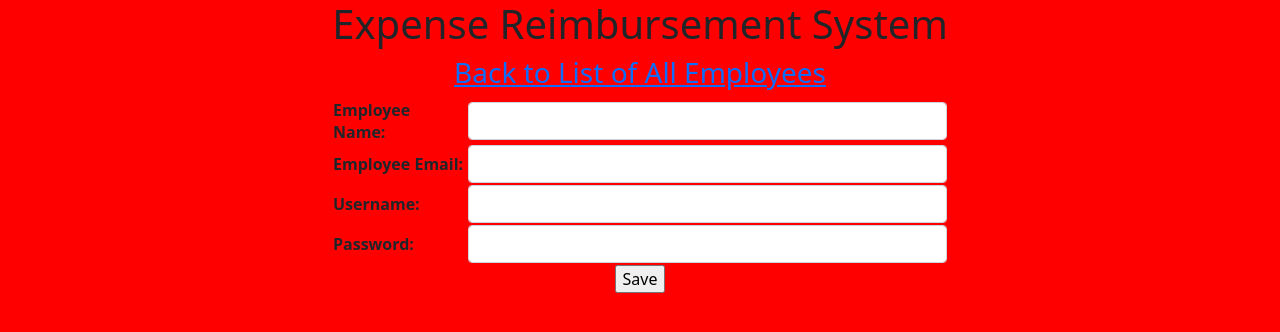
Repository: CCunningham0/project1
Page: http://localhost/reimbursement/employee-form.jsp
An editor plug-in stored every save of this project. The page is shown before and after the next save, followed by the edit.
The browser window is 1280 px wide. The pictures show the whole page.
The page is served by Tomcat 10.

Above is the page before, as saved 2021-09-07 05:34:13.

After the next save:
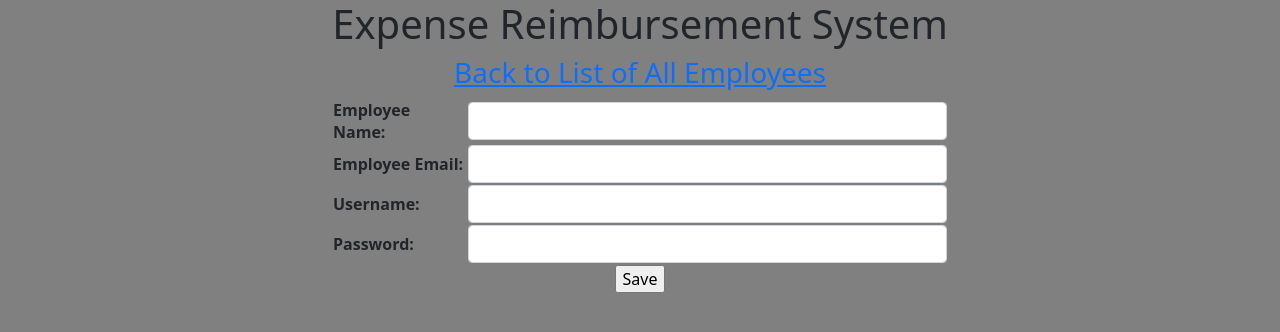
Saved 18 s later.
--- a/reimbursement/src/main/webapp/employee-form.jsp
+++ b/reimbursement/src/main/webapp/employee-form.jsp
@@ -10,7 +10,7 @@
 
 </head>
 
-<body style="background-color:red;">
+<body style="background-color:grey;">
 
 
 
